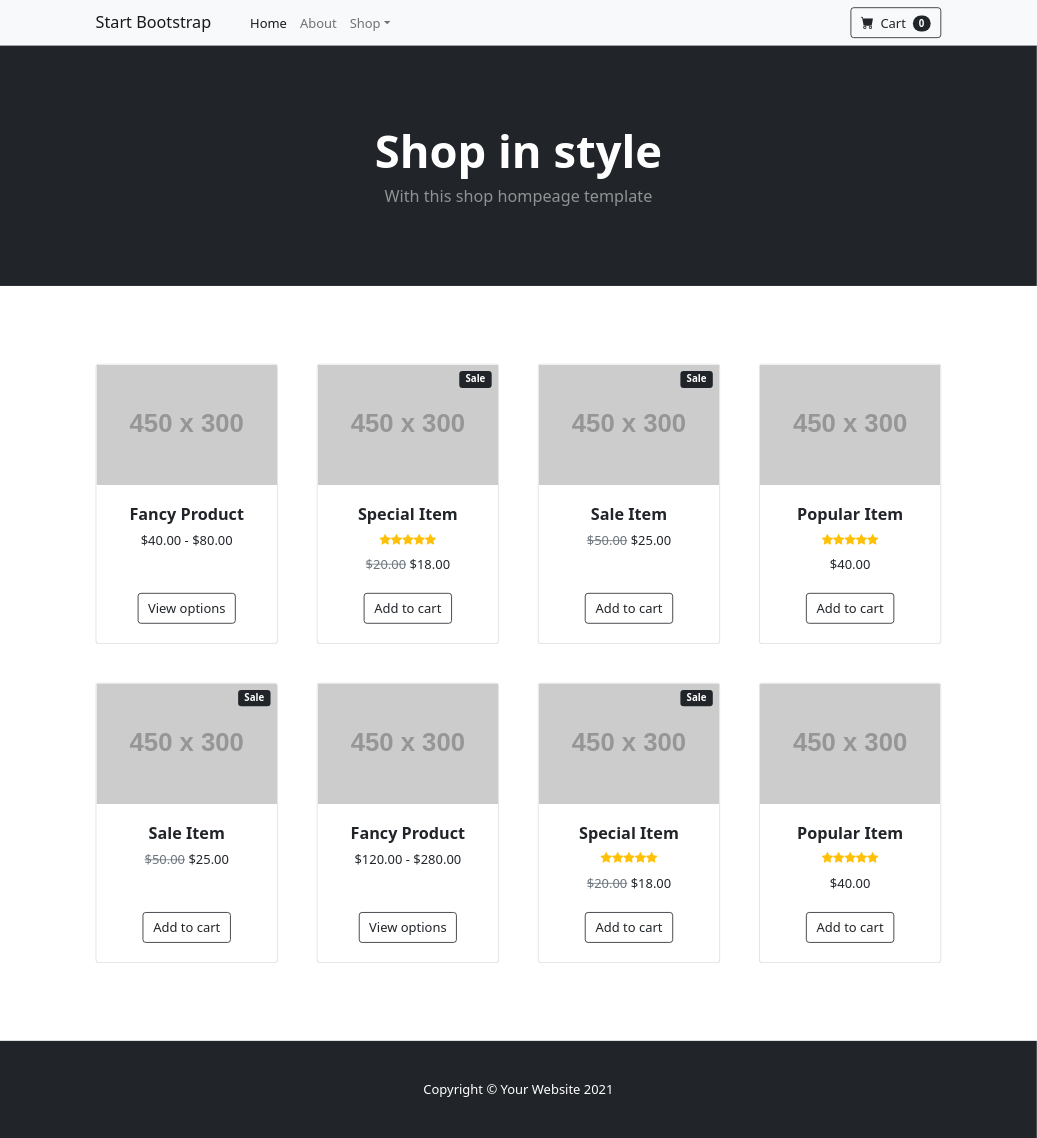
Repository: stella6767/spring-legacy-booklist
Page: http://localhost/ex00/WEB-INF/views/booklist.jsp
An editor plug-in stored every save of this project. The page is shown before and after the next save, followed by the edit.
The browser window is 1280 px wide. The pictures show the whole page, at 81% of full size.
The page is served by Tomcat 9. Nobody is signed in. The template is opened directly, without the code that normally fills it, so the values that code supplies are empty.

Above is the page before, as saved 2021-07-10 12:01:16.

After the next save:
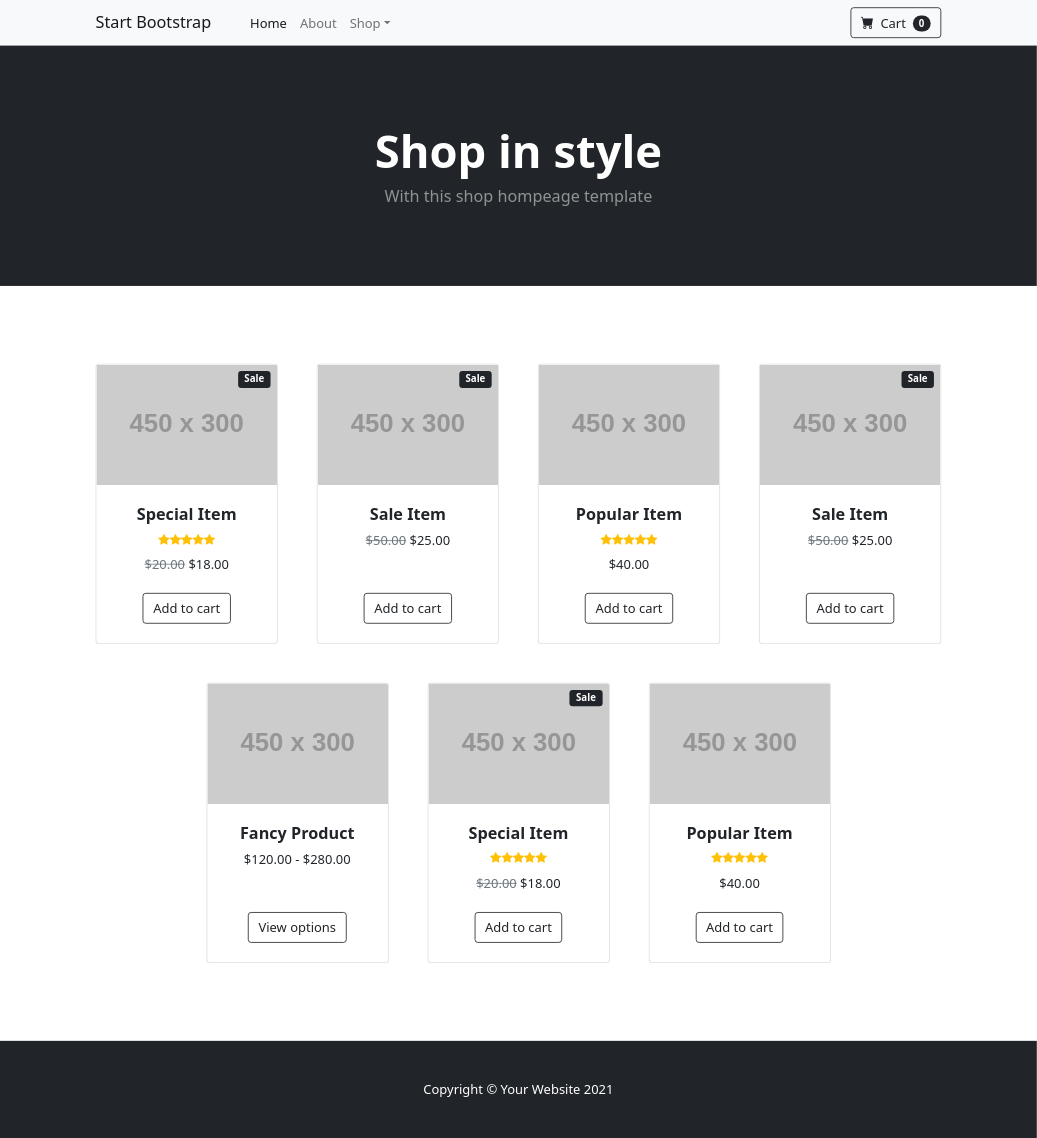
Saved 55 s later.
--- a/ex00/src/main/webapp/WEB-INF/views/booklist.jsp
+++ b/ex00/src/main/webapp/WEB-INF/views/booklist.jsp
@@ -10,28 +10,7 @@
 	<div class="container px-4 px-lg-5 mt-5">
 		<div
 			class="row gx-4 gx-lg-5 row-cols-2 row-cols-md-3 row-cols-xl-4 justify-content-center">
-			<div class="col mb-5">
-				<div class="card h-100">
-					<!-- Product image-->
-					<img class="card-img-top"
-						src="https://dummyimage.com/450x300/dee2e6/6c757d.jpg" alt="..." />
-					<!-- Product details-->
-					<div class="card-body p-4">
-						<div class="text-center">
-							<!-- Product name-->
-							<h5 class="fw-bolder">Fancy Product</h5>
-							<!-- Product price-->
-							$40.00 - $80.00
-						</div>
-					</div>
-					<!-- Product actions-->
-					<div class="card-footer p-4 pt-0 border-top-0 bg-transparent">
-						<div class="text-center">
-							<a class="btn btn-outline-dark mt-auto" href="#">View options</a>
-						</div>
-					</div>
-				</div>
-			</div>
+
 			<div class="col mb-5">
 				<div class="card h-100">
 					<!-- Sale badge-->
